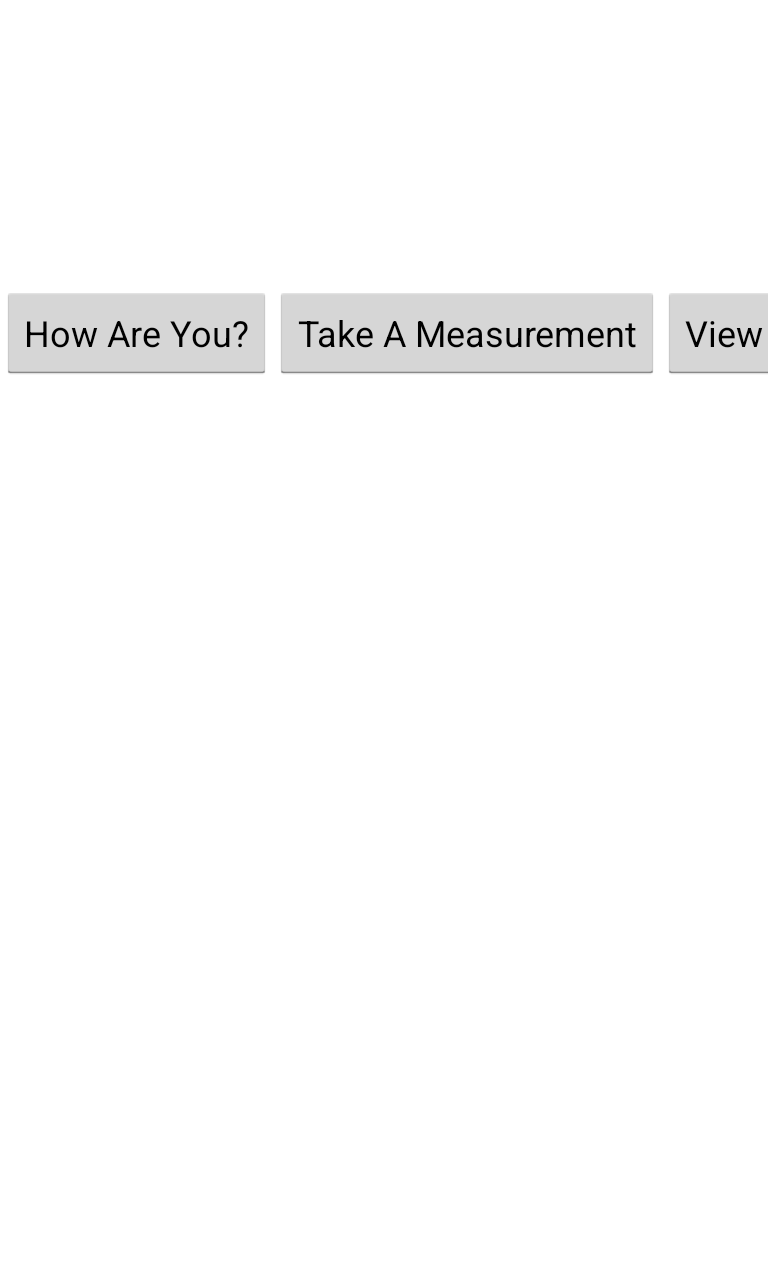
Repository: NewDay320/Lumos
Layout: src/Lumos/trunk/res/layout/activity_main.xml
The author's editor kept a copy of each file at every save. The layout is drawn from the files as they stood at one save, then again after the next save.
It is drawn on a 768 x 1280 px phone screen (xhdpi) without system bars, with theme AppTheme; the app's code is not run.

Above is the layout before, as saved 2014-03-21 00:10:55.

After the next save:
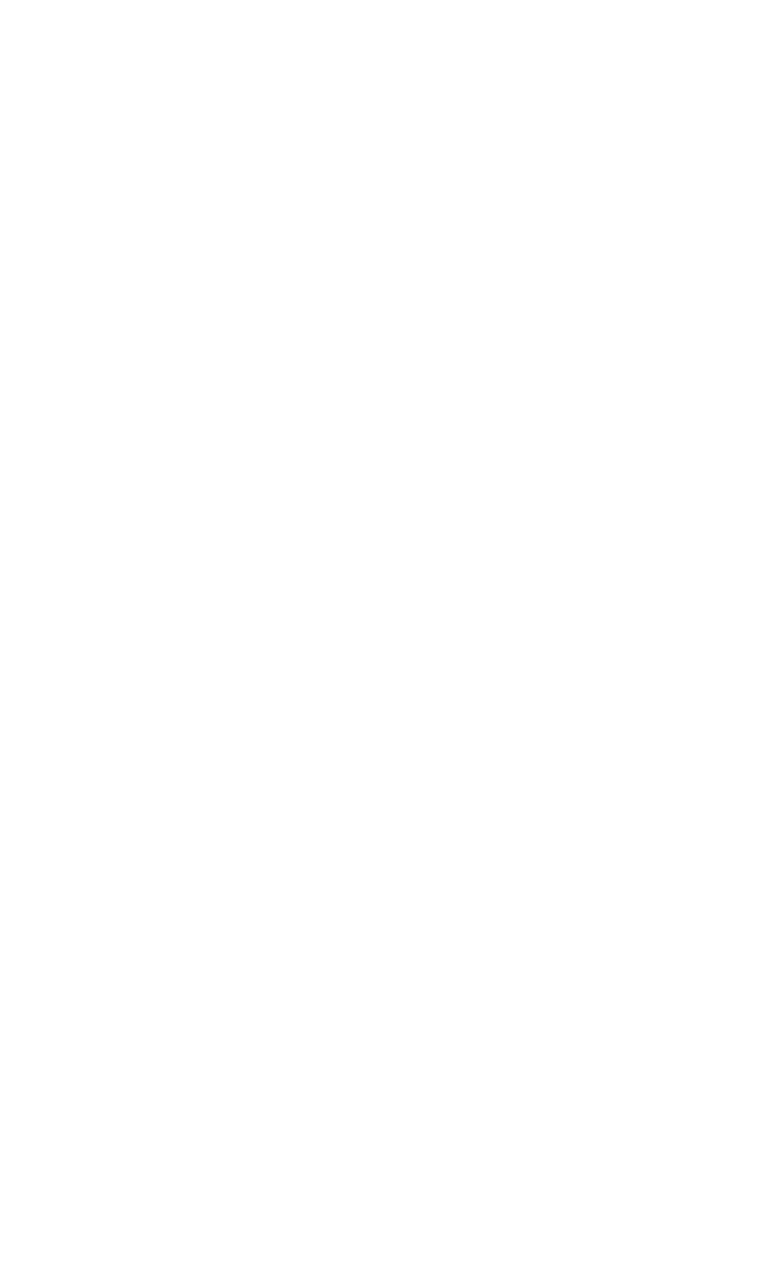
Saved 69 s later.
--- a/src/Lumos/trunk/res/layout/activity_main.xml
+++ b/src/Lumos/trunk/res/layout/activity_main.xml
@@ -15,6 +15,13 @@
         android:layout_height="wrap_content"
         android:onClick="sendMessage"
         android:text="@string/button_send" /> -->
+
+            <!-- schedule -->
+    <FrameLayout
+        android:id="@+id/schedule_fragment_container"
+        android:layout_width="fill_parent"
+        android:layout_height="wrap_content" >
+    </FrameLayout>
 
     <!-- how are you button -->
     <Button
@@ -37,12 +44,6 @@
         android:onClick="onViewMedicationsClick"
         android:text="@string/button_viewmedications" />
 
-    <!-- schedule -->
-    <FrameLayout
-        android:id="@+id/schedule_fragment_container"
-        android:layout_width="fill_parent"
-        android:layout_height="wrap_content" >
-    </FrameLayout>
 
     <!--  notifcations -->
     <Button

After the 5 saves that followed:
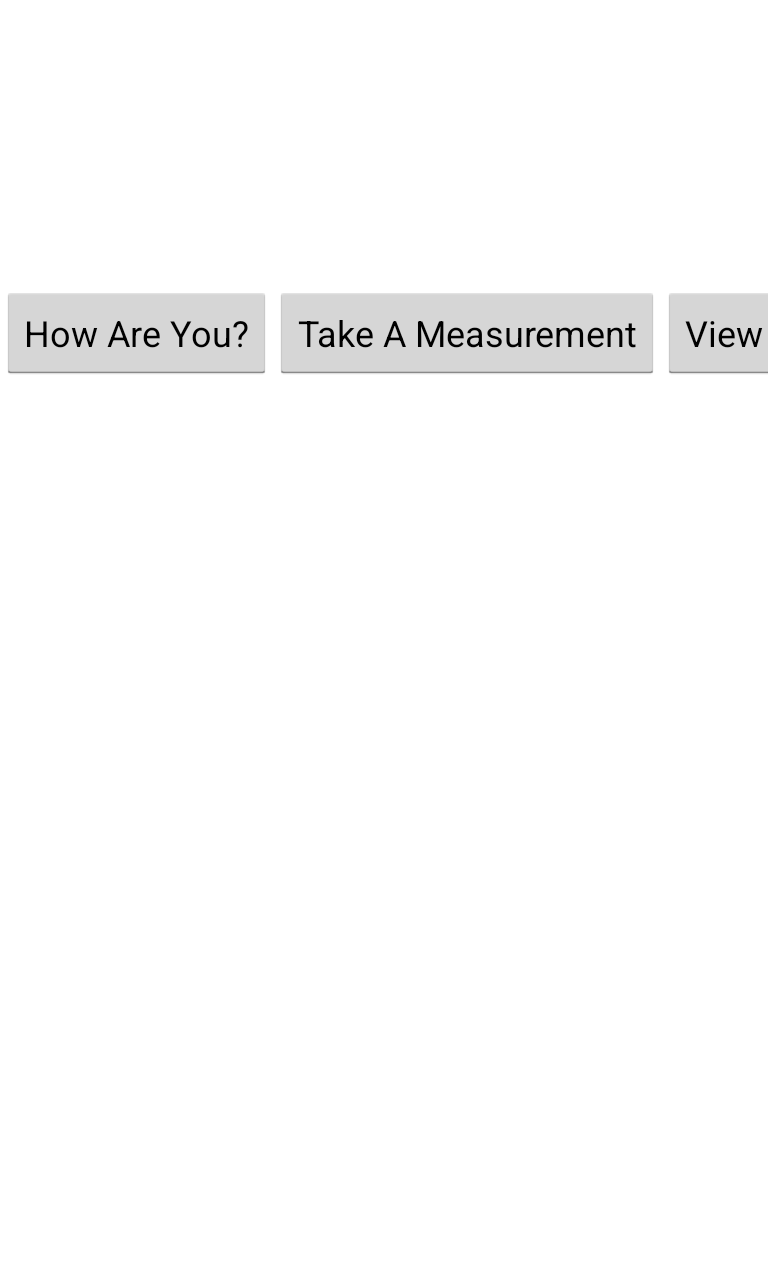
The 5 saves are shown as one change because 4 left the picture as it was.
The last was saved 98 s later.
--- a/src/Lumos/trunk/res/layout/activity_main.xml
+++ b/src/Lumos/trunk/res/layout/activity_main.xml
@@ -7,55 +7,63 @@
     <EditText
         android:id="@+id/edit_message"
         android:layout_width="0dp"
- 		android:layout_height="wrap_content"
+        android:layout_height="wrap_content"
         android:layout_weight="1"
         android:hint="@string/edit_message" />
-<!--     <Button
+    <!--
+         <Button
         android:layout_width="wrap_content"
         android:layout_height="wrap_content"
         android:onClick="sendMessage"
-        android:text="@string/button_send" /> -->
+        android:text="@string/button_send" />
+    -->
 
-            <!-- schedule -->
+
+    <!-- schedule -->
     <FrameLayout
         android:id="@+id/schedule_fragment_container"
-        android:layout_width="fill_parent"
+        android:layout_width="wrap_content"
         android:layout_height="wrap_content" >
     </FrameLayout>
 
     <!-- how are you button -->
+
     <Button
         android:layout_width="wrap_content"
         android:layout_height="wrap_content"
         android:onClick="onHowAreYouClick"
         android:text="@string/button_howareyou" />
 
-    <!--  take measurement button -->
+    <!-- take measurement button -->
+
     <Button
         android:layout_width="wrap_content"
         android:layout_height="wrap_content"
         android:onClick="onTakeMeasurementClick"
         android:text="@string/button_takemeasurement" />
 
-    <!--  view medications button -->
+    <!-- view medications button -->
+
     <Button
         android:layout_width="wrap_content"
         android:layout_height="wrap_content"
         android:onClick="onViewMedicationsClick"
         android:text="@string/button_viewmedications" />
 
+    <!-- notifcations -->
 
-    <!--  notifcations -->
     <Button
         android:id="@+id/start"
         android:layout_width="fill_parent"
         android:layout_height="wrap_content"
         android:text="@string/start_note" />
+
     <Button
         android:id="@+id/cancel"
         android:layout_width="fill_parent"
         android:layout_height="wrap_content"
         android:text="@string/cancel_note" />
+
     <Button
         android:id="@+id/update"
         android:layout_width="fill_parent"
